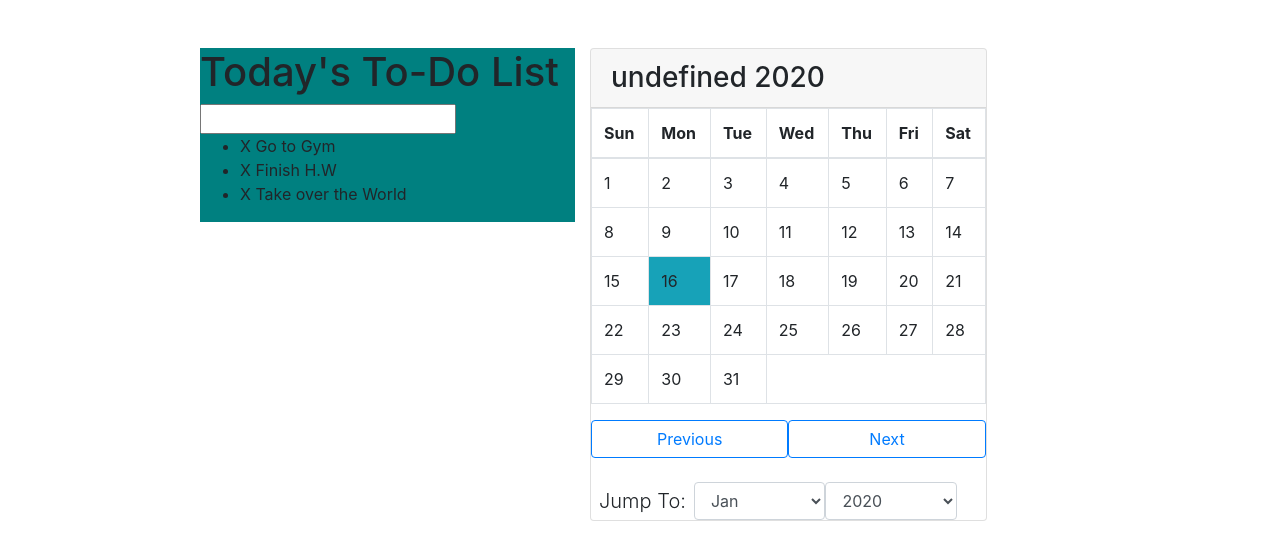
Repository: kkyler24/DayPlanner
Page: Index.html
The author's editor kept a copy of each file at every save. The page is drawn from the files as they stood at one save, then again after the next save.
The browser window is 1280 px wide. The pictures show the whole page.
Some web libraries are served in a nearby version.

Above is the page before, as saved 2020-03-25 16:43:37.

### Index.html
<!DOCTYPE html>
<html lang="en">
<head>
    <meta charset="UTF-8">
    <meta name="viewport" content="width=device-width, initial-scale=1.0">
    <script type="text/javascript" src="Assets/todoJS/Lib/jquery-3.4.1.min.js" ></script>
    <!-- Style Sheets -->
    <link rel="stylesheet" href="https://maxcdn.bootstrapcdn.com/bootstrap/4.0.0/css/bootstrap.min.css" integrity="sha384-Gn5384xqQ1aoWXA+058RXPxPg6fy4IWvTNh0E263XmFcJlSAwiGgFAW/dAiS6JXm" crossorigin="anonymous">
    <link rel="stylesheet" type="text/CSS" href="Assets/todocss/todostyles.css">
    <link rel="stylesheet"  type="text/CSS" href="style.css">
    <title>Planner</title>
</head>
<body>
<Main>
<!-- todo list Set up -->
<Div>
<Section>
    <div id="ContainerTodo">
        <H1>Today's To-Do List</H1>
        <input type="text">
        <ul>
            <li><span>X</span> Go to Gym</li>
            <li><span>X</span> Finish H.W</li>
            <li><span>X</span> Take over the World</li>
        </ul>





         </div>
 <!-- calendar set up -->
    <div class="container col-sm-4 col-md-7 col-lg-4 mt-5">
        <div class="card">
            <h3 class="card-header" id="monthAndYear"></h3>
            <table class="table table-bordered table-responsive-md" id="calendar">
                <thead>
                <tr>
                    <th>Sun</th>
                    <th>Mon</th>
                    <th>Tue</th>
                    <th>Wed</th>
                    <th>Thu</th>
                    <th>Fri</th>
                    <th>Sat</th>
                </tr>
                </thead>

                <tbody id="calendar-body">

                </tbody>
            </table>

            <div class="form-inline">

                <button class="btn btn-outline-primary col-sm-6" id="previous" onclick="previous()">Previous</button>

                <button class="btn btn-outline-primary col-sm-6" id="next" onclick="next()">Next</button>
            </div>
            <br/>
            <form class="form-inline">
                <label class="lead mr-2 ml-2" for="month">Jump To: </label>
                <select class="form-control col-sm-4" name="month" id="month" onchange="jump()">
                    <option value=0>Jan</option>
                    <option value=1>Feb</option>
                    <option value=2>Mar</option>
                    <option value=3>Apr</option>
                    <option value=4>May</option>
                    <option value=5>Jun</option>
                    <option value=6>Jul</option>
                    <option value=7>Aug</option>
                    <option value=8>Sep</option>
                    <option value=9>Oct</option>
                    <option value=10>Nov</option>
                    <option value=11>Dec</option>
                </select>


                <label for="year"></label><select class="form-control col-sm-4" name="year" id="year" onchange="jump()">

                <option value=2020>2020</option>
                <option value=2021>2021</option>
                <option value=2022>2022</option>
                <option value=2023>2023</option>
                <option value=2024>2024</option>
                <option value=2025>2025</option>
                <option value=2026>2026</option>
                <option value=2027>2027</option>
                <option value=2028>2028</option>
                <option value=2029>2029</option>
                <option value=2030>2030</option>
                <option value=2030>2030</option>
                <option value=2030>2030</option>
                <option value=2030>2030</option>
                <option value=2030>2030</option>
            </select></form>
        </div>
    </div>
    <!--<button name="jump" onclick="jump()">Go</button>-->
</sectiontwo>
</Div>
</Main>
<script src="https://code.jquery.com/jquery-3.2.1.slim.min.js" integrity="sha384-KJ3o2DKtIkvYIK3UENzmM7KCkRr/rE9/Qpg6aAZGJwFDMVNA/GpGFF93hXpG5KkN" crossorigin="anonymous"></script>
<script src="https://cdnjs.cloudflare.com/ajax/libs/popper.js/1.12.9/umd/popper.min.js" integrity="sha384-ApNbgh9B+Y1QKtv3Rn7W3mgPxhU9K/ScQsAP7hUibX39j7fakFPskvXusvfa0b4Q" crossorigin="anonymous"></script>
<script src="https://maxcdn.bootstrapcdn.com/bootstrap/4.0.0/js/bootstrap.min.js" integrity="sha384-JZR6Spejh4U02d8jOt6vLEHfe/JQGiRRSQQxSfFWpi1MquVdAyjUar5+76PVCmYl" crossorigin="anonymous"></script>

<Script type="text/javascript" src="javascript.js"></Script>
<Script type="text/javascript" src="Assets/todo JS/todo.js"></Script>
</body>
</html>

### Assets/todocss/todostyles.css
#ContainerTodo{
  background: teal;
  width: 375px;
  margin-top:3rem;
  margin-left:200px ;
  float: left;

}

### style.css
.container{
    margin-right: 200px;
    margin-top: 3rem;
    float: left;
}

### javascript.js
let today = new Date();
let currentMonth = today.getMonth();
let currentYear = today.getFullYear();
let selectYear = document.getElementById("year");
let selectMonth = document.getElementById("month");


let months = ["January", "February", "March", "April", "May", "June", "July", "August", "September", "October", "November", "December"];

let monthAndYear = document.getElementById("monthAndYear");
showCalendar(currentMonth, currentYear);

function showCalendar(month, year){

    let firstDay =(new Date(year, month)).getDay();
    let daysInMonth = 32- new Date(year, month, 32).getDate();

    // -->body of the Calendar<--
    let tbl = document.getElementById("calendar-body");


// -->clear previous cells, for new month<--
    tbl.innerHTML="";

    monthAndYear.innerHTML= months[months]+" "+ year;

    // --> create cells for Calendar<--
    let date = 1;
    for(let i = 0; i < 6; i++){
        let row  = document.createElement("tr");
        // --> creating table rows. not really sure about the 6 part. inquire why you need a 6 and not a 7-->

        // creating indivdual cells, and putting data in them.

        for(let j = 0; j < 7; j++){
            if(i===0 && j< firstDay){
                let cell = document.createElement("td");
                let cellText = document.createTextNode("");
                cell.appendChild(cellText);
                row.appendChild(cell);
            }
            else if(date > daysInMonth)
             { break;

        }
        else {
            let cell = document.createElement("td");
            let cellText = document.createTextNode(date);
            if(date ===today.getDate() && year === today.getFullYear() && month === today.getMonth()){
                cell.classList.add
                // --> bootstrap colors, try to get a wider variety of colors <--
                ("bg-info");
            }
            cell.appendChild(cellText);
            row.appendChild(cell);


        }
        date++;

        }

        tbl.appendChild(row);

    }

}

function previous(){
    currentYear =( currentMonth === 0)? currentYear -1 : currentYear;
    currentMonth = currentMonth === 0? 11:currentMonth-1;
    showCalendar(currentMonth, currentYear);
}

function next(){
    currentYear = (currentMonth ===11)? currentYear + 1: currentYear;
    currentMonth = (currentMonth + 1) % 12;
    showCalendar (currentMonth, currentYear);

}
// To do list set up

Loaded but not shown: Assets/todo JS/Lib/jquery-3.4.1.min.js (library); Assets/todo JS/todo.js (no stored copy; drawn as an empty file)

After the next save:
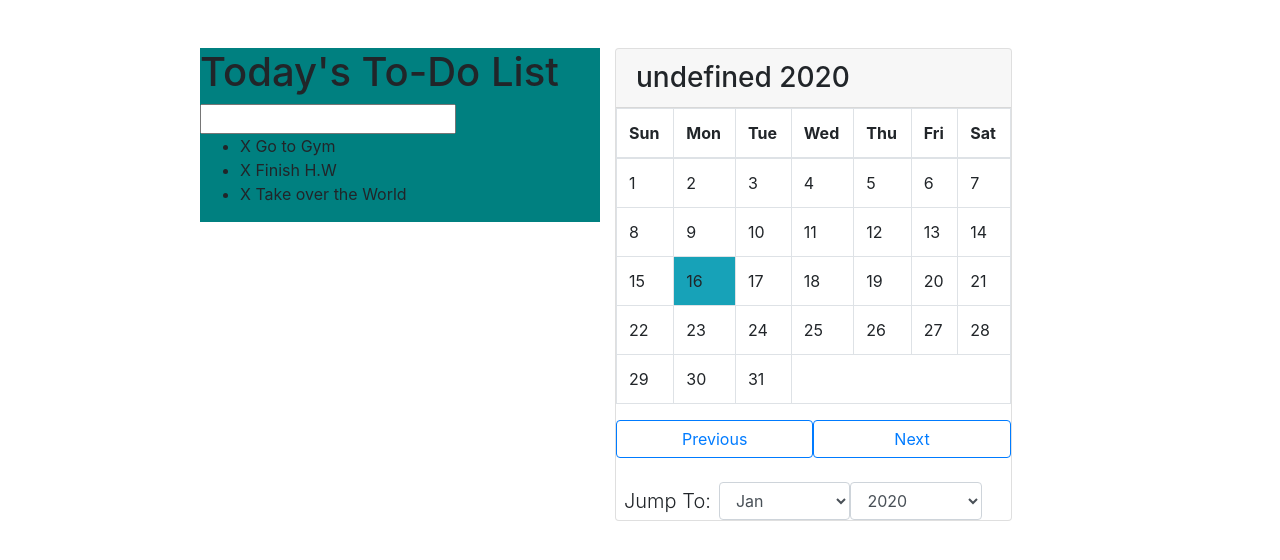
Saved 7 s later.
--- a/Assets/todocss/todostyles.css
+++ b/Assets/todocss/todostyles.css
@@ -1,6 +1,6 @@
 #ContainerTodo{
   background: teal;
-  width: 375px;
+  width: 400px;
   margin-top:3rem;
   margin-left:200px ;
   float: left;
